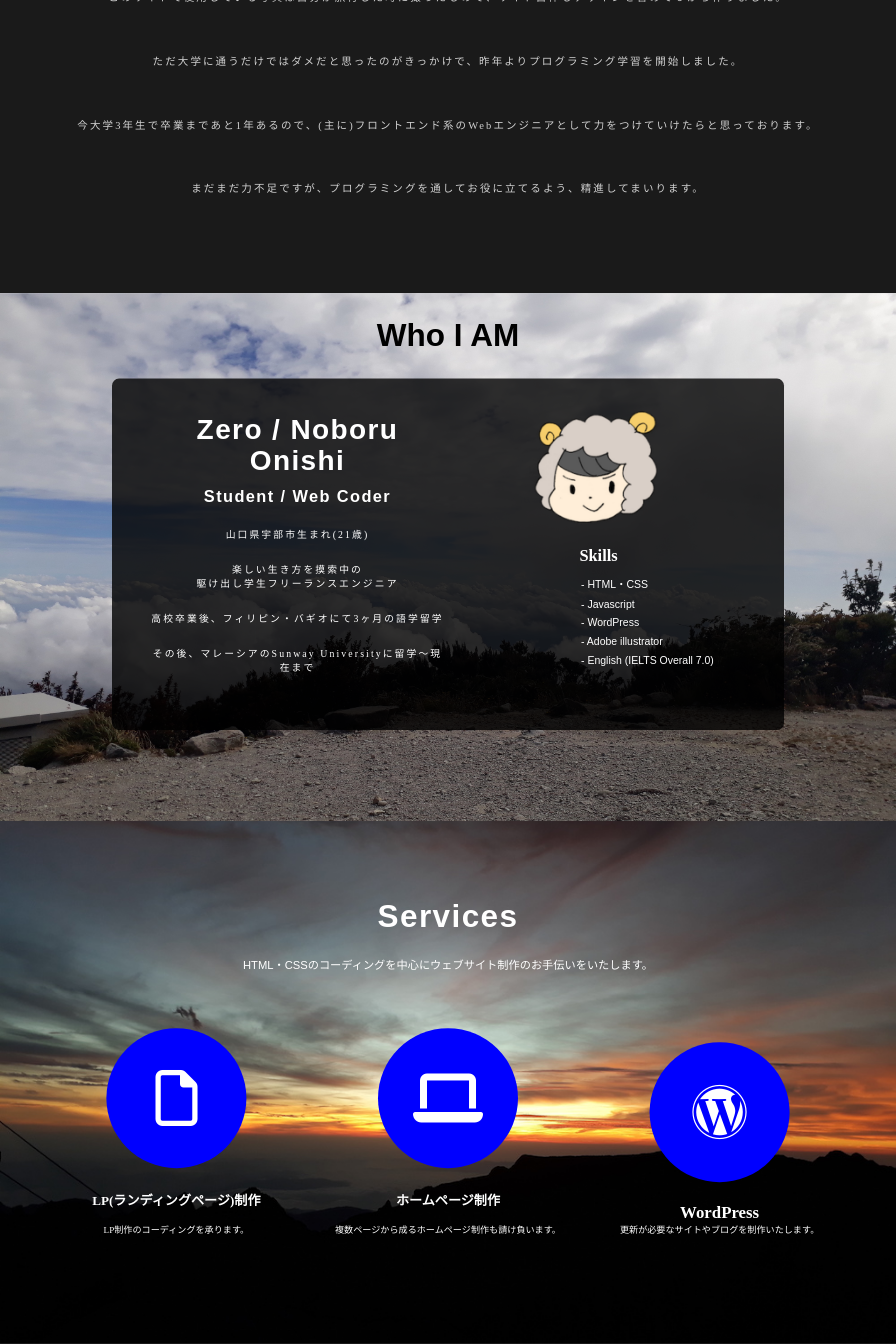
Repository: ZeroRequiem126/MyPortfolioSite
Page: top.html
The author's editor kept a record of every edit. The page is drawn from the files as they stood at one moment, then again after the next edit.
The browser window is 1280 px wide. The pictures show the part of the page from y = 1057 to 2977 px (the page is 2977 px tall), at 70% of full size.
Some web libraries are served in a nearby version.

Above is the page before.

After the next edit:
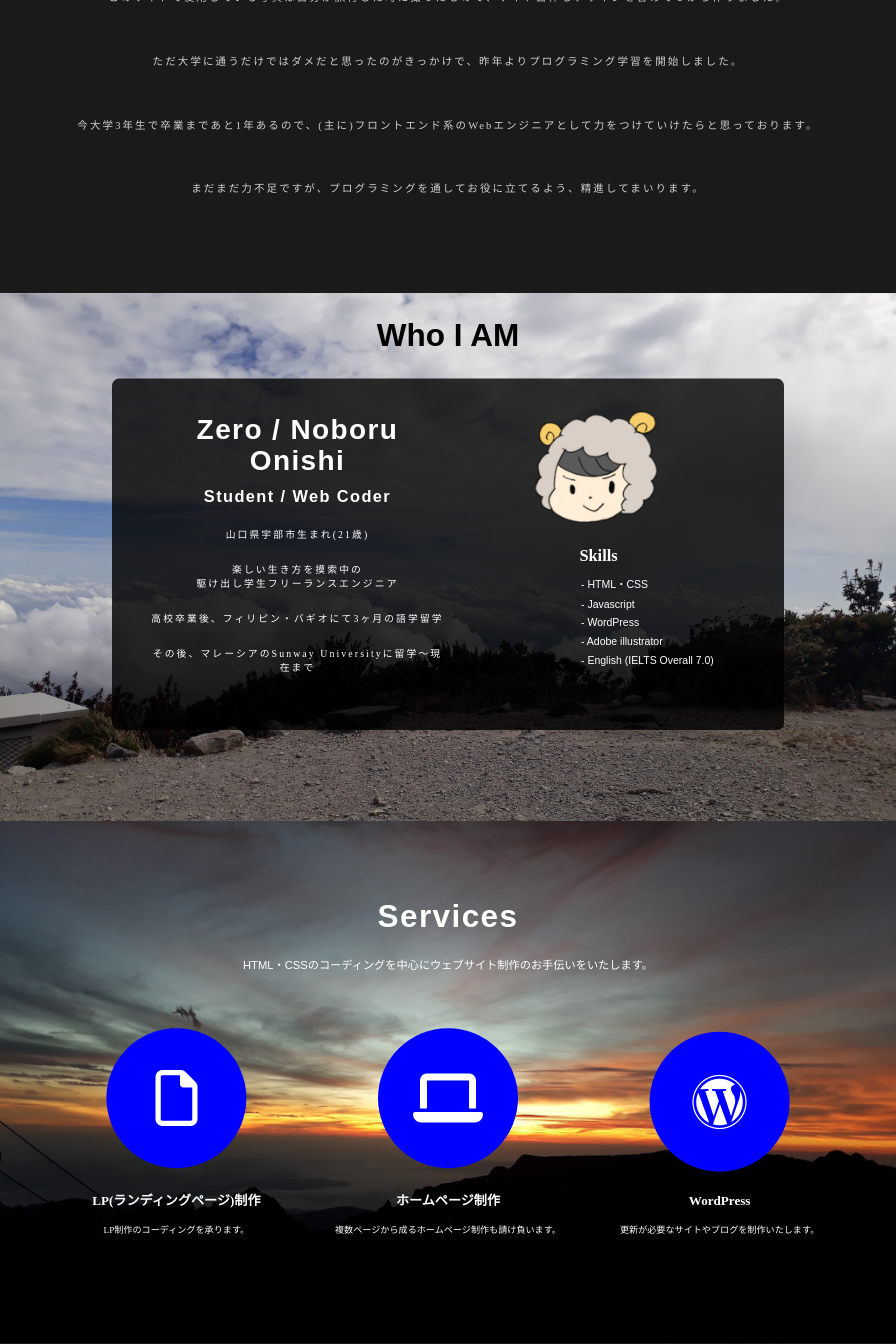
The edit:
--- a/top.html
+++ b/top.html
@@ -107,7 +107,7 @@
 
                                 <div class="service-contents">
                                     <span class="fab fa-wordpress"></span>
-                                    <h2>WordPress</h2>
+                                    <h3>WordPress</h3>
                                     <p>更新が必要なサイトやブログを制作いたします。</p>
                                 </div>
                             </div>
